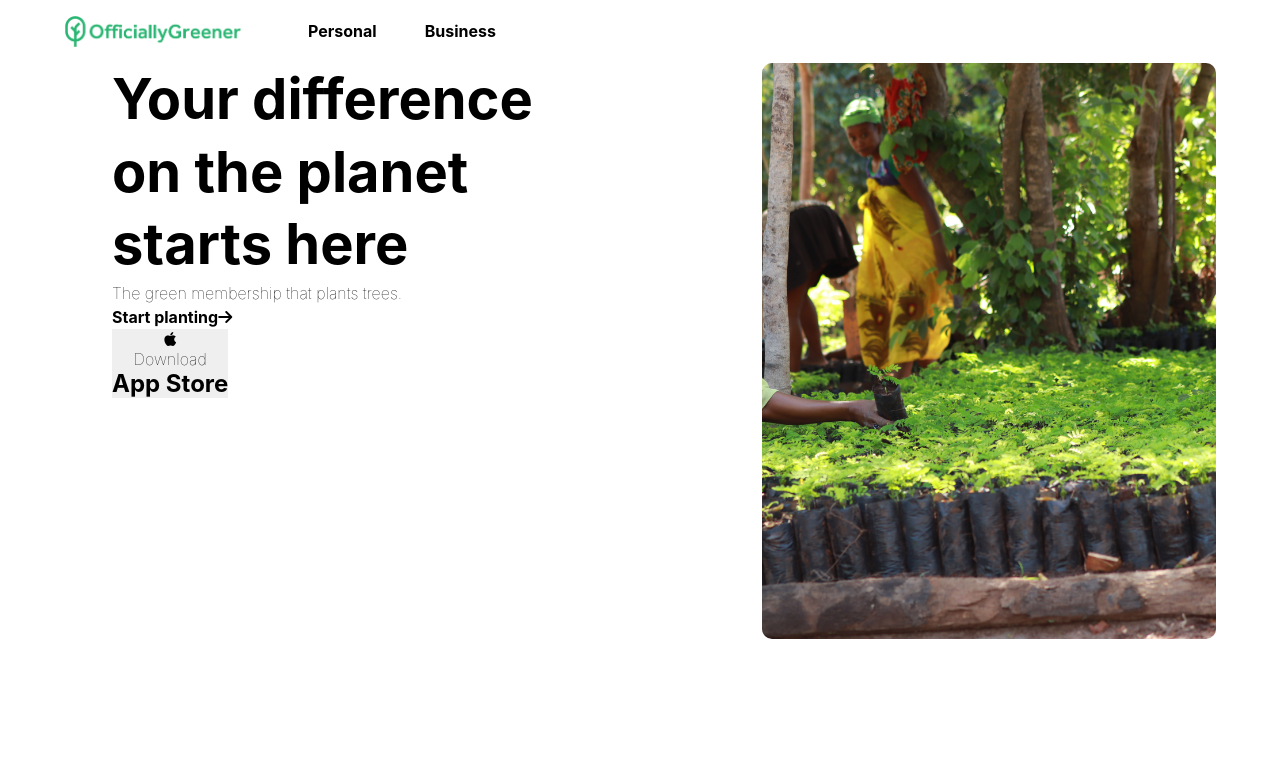
Repository: Sinkycode/Officially-Greener-v2
Page: index.html
The author's editor kept a copy of each file at every save. The page is drawn from the files as they stood at one save, then again after the next save.
The browser window is 1280 px wide. The pictures show the whole page.
Some web libraries are served in a nearby version.

Above is the page before, as saved 2023-03-08 15:31:06.

### index.html
<!DOCTYPE html>
<html lang="en">
<head>
  <meta charset="UTF-8">
  <meta http-equiv="X-UA-Compatible" content="IE=edge">
  <meta name="viewport" content="width=device-width, initial-scale=1.0">
  <link rel="stylesheet" href="https://cdnjs.cloudflare.com/ajax/libs/font-awesome/6.3.0/css/all.min.css" integrity="sha512-SzlrxWUlpfuzQ+pcUCosxcglQRNAq/DZjVsC0lE40xsADsfeQoEypE+enwcOiGjk/bSuGGKHEyjSoQ1zVisanQ==" crossorigin="anonymous" referrerpolicy="no-referrer" />

  <link rel="stylesheet" href="style.css">
  <title>Officially Greener</title>
</head>
<body>
  <header>
    <div class="mobile">
      <img src="Logo/Officially Greener Transparent background.png" alt="" class="primary-logo logo">
      <i class="fa-sharp fa-solid fa-bars"></i>
    </div>

    <div class="desktop">
      <img src="Logo/Officially Greener Transparent background.png" alt="" class="primary-logo logo">
      <ul class="primary-nav">
        <li><a href="http://">Personal</a></li>
        <li><a href="http://">Business</a></li>
      </ul>
    </div>

  </header>

  <section id="landing-page">
   <div class="container">
    <div class="landing-page__image">
      <img src="Images/Magagascar.jpg" alt="">
    </div>
    <div class="landing-page__context">
     <div class="texts">
      <h1 class="big-txt">Your difference on the planet starts here</h1>
      <p class="gray-para">The green membership that plants trees.</p>
      <a href="#" class="simple-link">Start planting<i class="fa-sharp fa-solid fa-arrow-right"></i></a>
     </div>
     <button class="apple-btn">
      <i class="fa-brands fa-apple"></i>
      <div class="wrap">
        <p>Download</p>
        <h1>App Store</h1>
      </div>
     </button>
    </div>
   </div>
  </section>
  <section id="note"></section>
  <section id="personal"></section>
</body>
</html>

### style.css
:root {
  --neutral-100: hsl(0, 0%, 100%);
  --neutral-200: hsl(0, 0%, 80%);
  --neutral-400: hsl(0, 0%, 40%);
  --neutral-600: hsl(0, 0%, 20%);
  --neutral-800: hsl(0, 0%, 0%);

  --accent: hsl(153, 68%, 42%);

  --txt-size-200: .8rem;
  --txt-size-400: 1rem;
  --txt-size-500: 2rem;
  --txt-size-600: 3rem;
  --txt-size-800: 3.5rem;

}

*, *::after, *::before {
  box-sizing: border-box;
  margin: 0;
  padding: 0;
}

html, body {
  font-family: -apple-system, BlinkMacSystemFont, Segoe UI, Roboto, Oxygen, Ubuntu, Cantarell, Fira Sans, Droid Sans, Helvetica Neue, sans-serif;
  scroll-behavior: smooth;
  overflow-x: hidden;
}

body {
  line-height: 1.5;
  font-size: 16px;
}

/* CUSTOMIZATION */
img {
  max-width: 100%;
  display: block;
}

button, input {
  outline: none;
  border: none;
  /* background: transparent; */
  font-family: inherit;
  font-size: inherit;
  color: inherit;
}

ul, p {
  margin: 0;
  list-style: none;
  font-weight: 2

}

a {
  text-decoration: none;
  color: inherit;
  font-weight: bold;
}

h1,h2,h3 {
  margin: 0;
}

.container {
  max-width: 90%;
  margin: 0 auto;
}

.logo {
  width: clamp(180px, 1rem + 10vw, 300px);
}

.mobile {
  display: none;
}

.desktop {
  display: flex;
  align-items: center;
  gap: 4rem;
  padding-block: 1rem;
  padding-inline-start: 4rem;
  width: 50%;
}

.primary-nav {
  display: flex;
  gap: 3rem;
}

.big-txt {
  font-size: var(--txt-size-800);
}

/* ========= landign page ========= */
#landing-page {
  /* border: 3px solid black; */
  height: 100vh;
}

#landing-page .container {
  display: flex;
  gap: 1rem;
  height: 100%;
  /* border: 1px solid red; */
}

@media (min-width: 768px) {
  .landing-page__context {
    order: 1;
    margin-left: 3rem;
  }

  .landing-page__image {
    order: 2;
  }
}

.landing-page__context {
  max-width: 55%;
}

.landing-page__context .big-txt {
  /* border: 1px solid red; */
  max-width: 70%;
  line-height: 1.3;
}

.landing-page__image {
  width: 50%;
  height: 80%;
  border-radius: 10px;
  overflow: hidden;
}

.landing-page__image img {
  height: 100%;
  object-fit: cover;
}

After the next save:
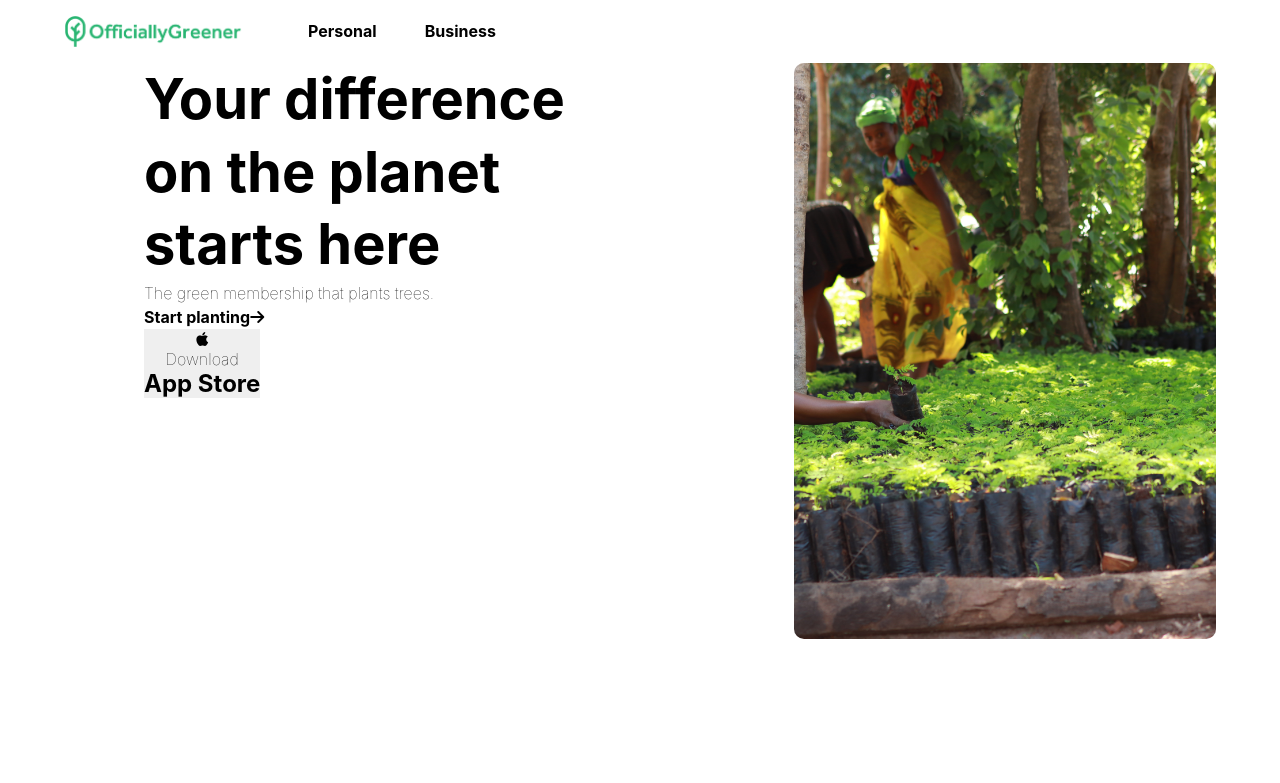
Saved 10 s later.
--- a/style.css
+++ b/style.css
@@ -111,7 +111,7 @@
 @media (min-width: 768px) {
   .landing-page__context {
     order: 1;
-    margin-left: 3rem;
+    margin-left: 5rem;
   }
 
   .landing-page__image {
